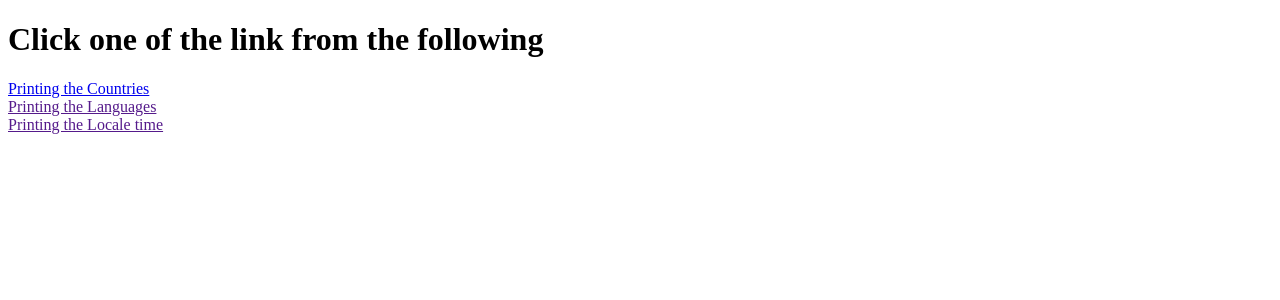
Repository: prati21-eng/Servlet-Projects
Page: Multiple_Links_Mapping/src/main/webapp/index.html
The author's editor kept a copy of each file at every save. The page is drawn from the files as they stood at one save, then again after the next save.
The browser window is 1280 px wide. The pictures show the whole page.

Above is the page before, as saved 2024-09-09 12:28:09.

After the next save:
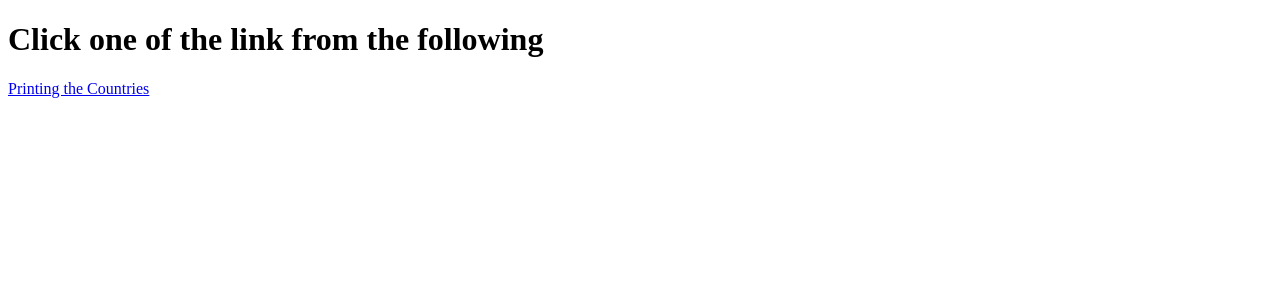
Saved 14 s later.
--- a/Multiple_Links_Mapping/src/main/webapp/index.html
+++ b/Multiple_Links_Mapping/src/main/webapp/index.html
@@ -9,7 +9,5 @@
     <h1>Click one of the link from the following</h1>
 
     <a href="multiplelinksurl">Printing the Countries</a><br>
-    <a href="">Printing the Languages</a><br>
-    <a href="">Printing the Locale time</a><br>
 </body>
 </html>
